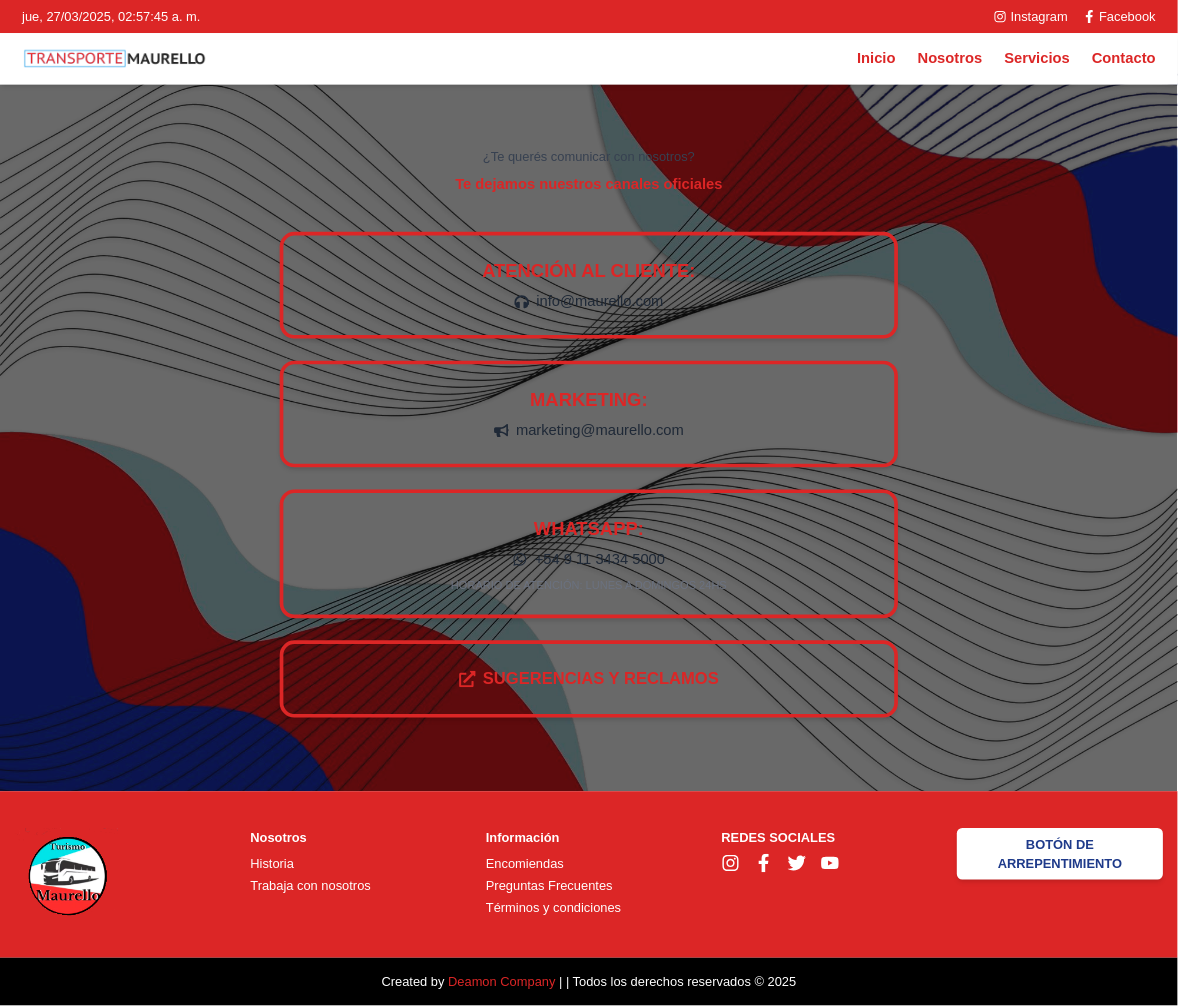
Repository: francoluca35/empresacolectivo
Page: /Contacto
These files come from the project's save history. The page is drawn as it stood at one moment and after the next save; the edit follows.
The browser window is 1280 px wide. The pictures show the whole page, at 92% of full size.
The project was rebuilt for these pictures with package versions that can differ from the ones it lists, and the page was loaded fresh each time. The framework's server and built-in components were replaced by stand-ins that run in the browser. Also part of the build but not shown: next.config.js, next.config.mjs.

Above is the page before, as saved 2025-03-27 03:06:45.

### src/app/layout.js
import { Inter } from "next/font/google";
import "./globals.css"

const inter = Inter({
  subsets: ["latin"],
  variable: "--font-inter",
});

export const metadata = {
  title: "Create Next App",
  description: "Generated by create next app",
};

export default function RootLayout({ children }) {
  return (
    <html lang="en">
      <body className={inter.variable}>
        {children}
      </body>
    </html>
  );
}

### src/app/Contacto/page.js
"use client";
import { FaHeadphones, FaBullhorn, FaWhatsapp, FaExternalLinkAlt } from "react-icons/fa";
import Navbar from "../Component/Navbar";
import Footer from "../Component/Footer";

export default function Contacto() {
  return (
    <>
    <Navbar />
    <section
  className="bg-white bg-cover bg-center bg-no-repeat mt-20 md:mt-20 py-20 px-6 text-center"
  style={{
    backgroundImage: "url('/Assets/fondo-contacto.png')", // con / delante porque está en /public
  }}
>



      <p className="text-gray-700 text-sm mb-2">¿Te querés comunicar con nosotros?</p>
      <h2 className="text-red-600 font-semibold mb-10">
        Te dejamos nuestros canales oficiales
      </h2>

      <div className="max-w-2xl mx-auto flex flex-col gap-6">
        {/* Atención al cliente */}
        <div className="border-4 border-red-600 rounded-2xl py-6 px-4 shadow-md hover:bg-white">
          <h3 className="text-xl text-red-600 font-bold mb-2">ATENCIÓN AL CLIENTE:</h3>
          <p className="text-gray-800 flex justify-center items-center gap-2">
            <FaHeadphones /> info@maurello.com
          </p>
        </div>

        {/* Marketing */}
        <div className="border-4 border-red-600 rounded-2xl py-6 px-4 shadow-md hover:bg-white">
          <h3 className="text-xl text-red-600 font-bold mb-2">MARKETING:</h3>
          <p className="text-gray-800 flex justify-center items-center gap-2">
            <FaBullhorn /> marketing@maurello.com
          </p>
        </div>

        {/* WhatsApp */}
        <div className="border-4 border-red-600 rounded-2xl py-6 px-4 shadow-md hover:bg-white">
          <h3 className="text-xl text-red-600 font-bold mb-2">WHATSAPP:</h3>
          <p className="text-gray-800 flex justify-center items-center gap-2 mb-2">
            <FaWhatsapp /> +54 9 11 3434 5000
          </p>
          <p className="text-xs text-gray-500">HORARIO DE ATENCIÓN: LUNES A DOMINGOS 24HS</p>
        </div>

        {/* Sugerencias y Reclamos */}
        <div className="border-4 border-red-600 rounded-2xl py-6 px-4 shadow-md cursor-pointer hover:bg-red-50 transition">
          <a
            href="#sugerencias"
            className="flex justify-center items-center gap-2 text-red-600 font-bold text-lg"
          >
            <FaExternalLinkAlt /> SUGERENCIAS Y RECLAMOS
          </a>
        </div>
      </div>
    </section>
    <Footer />
    </>
  );
}

### src/app/globals.css
@tailwind base;
@tailwind components;
@tailwind utilities;

@media (prefers-color-scheme: dark) {
  :root {
    --background: #4b4141;
    --foreground: #ededed;
  }
}

html,
body {
  max-width: 100vw;
  overflow-x: hidden;
}

body {
  color: var(--foreground);
  background: var(--background);
  font-family: Arial, Helvetica, sans-serif;
  -webkit-font-smoothing: antialiased;
  -moz-osx-font-smoothing: grayscale;
}

* {
  box-sizing: border-box;
  padding: 0;
  margin: 0;
}

a {
  color: inherit;
  text-decoration: none;
}

@media (prefers-color-scheme: dark) {
  html {
    color-scheme: dark;
  }
}

### src/app/Component/Navbar.js
"use client";
import Link from "next/link";
import Image from "next/image";
import { useState, useEffect } from "react";
import { useRouter } from "next/navigation";
import { FaBars, FaTimes, FaFacebookF, FaInstagram } from "react-icons/fa";

export default function Navbar() {
  const [isOpen, setIsOpen] = useState(false);
  const [time, setTime] = useState("");
  const router = useRouter(); // 👈 Hook para navegación

  const toggleMenu = () => {
    setIsOpen(!isOpen);
  };

  const goTo = (ruta) => {
    setIsOpen(false); // Cierra el menú móvil si está abierto
    router.push(ruta); // Navega a la ruta
  };

  useEffect(() => {
    const updateTime = () => {
      const now = new Date();
      const formatted = now.toLocaleString("es-AR", {
        weekday: "short",
        day: "2-digit",
        month: "2-digit",
        year: "numeric",
        hour: "2-digit",
        minute: "2-digit",
        second: "2-digit",
      });
      setTime(formatted);
    };

    updateTime();
    const interval = setInterval(updateTime, 1000);
    return () => clearInterval(interval);
  }, []);

  return (
    <div className="fixed top-0 left-0 w-full z-50">
      {/* Barra superior */}
      <div className="w-full bg-red-600 text-white text-sm py-2 px-6 flex flex-col md:flex-row md:justify-between md:items-center">
        <div className="text-center md:text-right font-medium">{time}</div>

        <div className="flex justify-center md:justify-start items-center space-x-4 mb-1 md:mb-0">
          <a
            href="https://www.instagram.com/tu_usuario"
            target="_blank"
            rel="noopener noreferrer"
            className="flex items-center space-x-1 hover:text-blue-400"
          >
            <FaInstagram className="text-white" />
            <span>Instagram</span>
          </a>
          <a
            href="https://www.facebook.com/tu_usuario"
            target="_blank"
            rel="noopener noreferrer"
            className="flex items-center space-x-1 hover:text-blue-400"
          >
            <FaFacebookF className="text-white" />
            <span>Facebook</span>
          </a>
        </div>
      </div>

      {/* Navbar principal */}
      <nav className="w-full bg-white text-white shadow-md">
        <div className="max-w-7xl mx-auto px-6 py-4 flex justify-between items-center">
          <img
            src="Assets/navbar.png"
            alt="Maurello S.A Logo"
            width={200}
            height={50}
            priority
          />

          {/* Navegación desktop */}
          <div className="hidden md:flex space-x-6 font-semibold">
            <button onClick={() => goTo("/")} className="hover:text-blue-400 transition text-red-600">Inicio</button>
            <button onClick={() => goTo("/About")} className="hover:text-blue-400 transition text-red-600">Nosotros</button>
            <button onClick={() => goTo("/Servicios")} className="hover:text-blue-400 transition text-red-600">Servicios</button>
            <button onClick={() => goTo("/Contacto")} className="hover:text-blue-400 transition text-red-600">Contacto</button>
          </div>

          {/* Botón hamburguesa */}
          <div className="md:hidden">
            <button onClick={toggleMenu} className="text-red-600">
              {isOpen ? <FaTimes className="h-6 w-6" /> : <FaBars className="h-6 w-6" />}
            </button>
          </div>
        </div>

        {/* Navegación móvil */}
        {isOpen && (
          <div className="md:hidden bg-white py-4 px-6">
            <div className="flex flex-col space-y-4">
              <button onClick={() => goTo("/")} className="hover:text-blue-400 transition text-red-600">Inicio</button>
              <button onClick={() => goTo("/About")} className="hover:text-blue-400 transition text-red-600">Nosotros</button>
              <button onClick={() => goTo("/Servicios")} className="hover:text-blue-400 transition text-red-600">Servicios</button>
              <button onClick={() => goTo("/Contacto")} className="hover:text-blue-400 transition text-red-600">Contacto</button>
            </div>
          </div>
        )}
      </nav>
    </div>
  );
}

### src/app/Component/Footer.js
import {
  FaInstagram,
  FaFacebookF,
  FaTwitter,
  FaYoutube,
} from "react-icons/fa";

export default function Footer() {
  return (
    <div>
      <footer className="bg-red-600 text-white py-10 px-4">
        <div className="max-w-7xl mx-auto grid grid-cols-1 md:grid-cols-5 gap-8 items-start text-sm">
          {/* Logo */}
          <div className="flex flex-col items-start">
            <img src="Assets/footer.png" alt="Logo" className="w-28" />
          </div>

          {/* Nosotros */}
          <div>
            <h4 className="font-bold mb-2">Nosotros</h4>
            <ul className="space-y-1">
              <li><a href="#" className="hover:underline">Historia</a></li>
              <li><a href="#" className="hover:underline">Trabaja con nosotros</a></li>
            </ul>
          </div>

          {/* Información */}
          <div>
            <h4 className="font-bold mb-2">Información</h4>
            <ul className="space-y-1">
              <li><a href="#" className="hover:underline">Encomiendas</a></li>
              <li><a href="#" className="hover:underline">Preguntas Frecuentes</a></li>
              <li><a href="#" className="hover:underline">Términos y condiciones</a></li>
            </ul>
          </div>

          {/* Redes Sociales */}
          <div>
            <h4 className="font-bold mb-2">REDES SOCIALES</h4>
            <div className="flex space-x-4 text-white text-xl">
              <a href="#"><FaInstagram /></a>
              <a href="#"><FaFacebookF /></a>
              <a href="#"><FaTwitter /></a>
              <a href="#"><FaYoutube /></a>
            </div>
          </div>

          {/* Botón de arrepentimiento */}
          <div className="flex justify-start md:justify-end">
            <button className="bg-white text-blue-900 px-4 py-2 rounded-md font-bold shadow-md text-sm">
              BOTÓN DE ARREPENTIMIENTO
            </button>
          </div>
        </div>
      </footer>

      {/* Derechos reservados */}
      <div className="text-center p-4 text-sm text-white bg-black">
      <span>Created by <a className="text-red-600 hover:text-[15px]" href="https://deamondd.com" target="_blank">Deamon Company</a></span> | | Todos los derechos reservados © 2025
      </div>
    </div>
  );
}

### tailwind.config.js
module.exports = {
  content: [
    "./src/app/**/*.{js,ts,jsx,tsx}",
    "./src/components/**/*.{js,ts,jsx,tsx}"
  ],
  theme: {
    extend: {},
  },
  plugins: [],
};

After the next save:
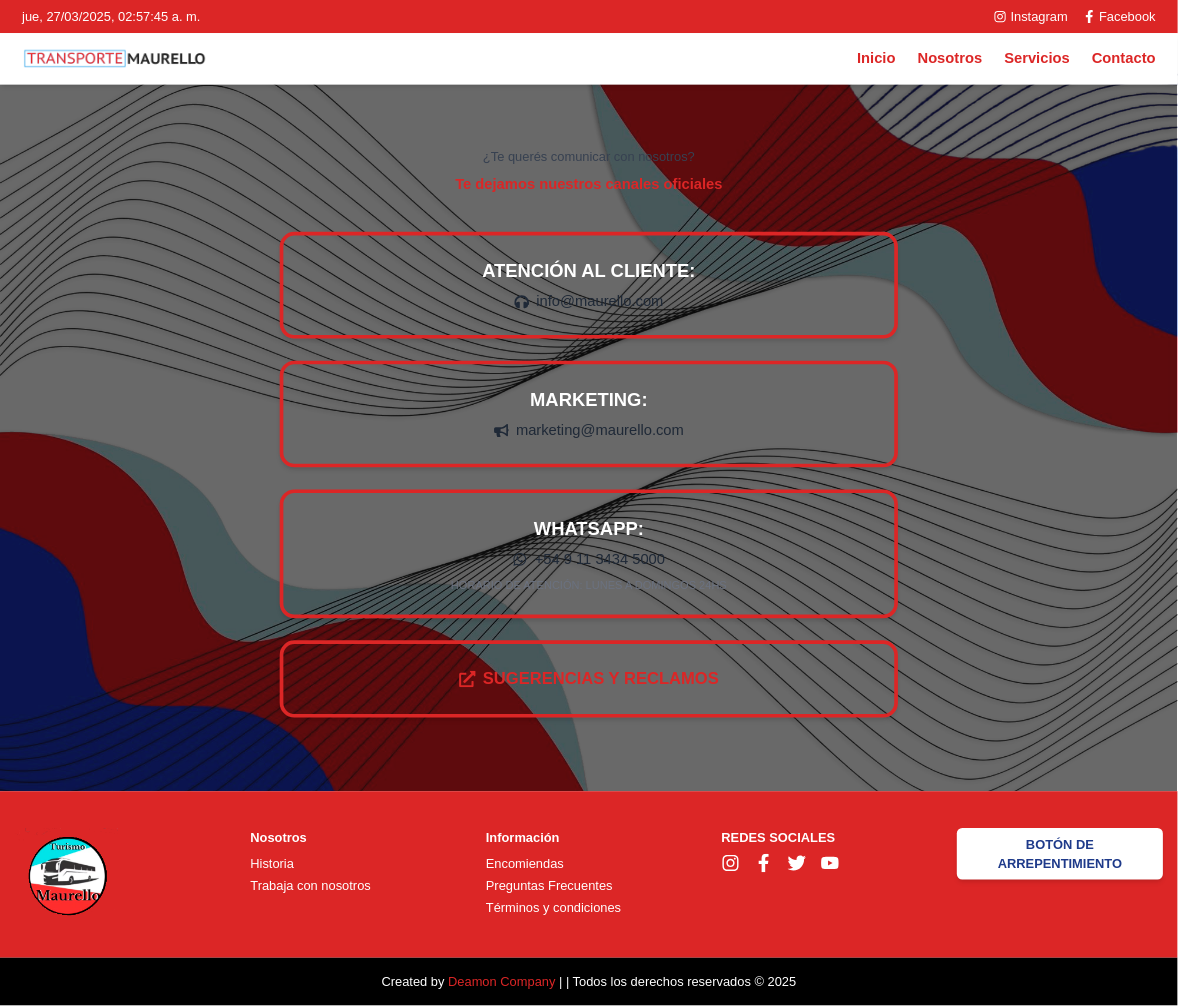
Saved 11 s later.
--- a/src/app/Contacto/page.js
+++ b/src/app/Contacto/page.js
@@ -24,7 +24,7 @@
       <div className="max-w-2xl mx-auto flex flex-col gap-6">
         {/* Atención al cliente */}
         <div className="border-4 border-red-600 rounded-2xl py-6 px-4 shadow-md hover:bg-white">
-          <h3 className="text-xl text-red-600 font-bold mb-2">ATENCIÓN AL CLIENTE:</h3>
+          <h3 className="text-xl text-white font-bold mb-2">ATENCIÓN AL CLIENTE:</h3>
           <p className="text-gray-800 flex justify-center items-center gap-2">
             <FaHeadphones /> info@maurello.com
           </p>
@@ -32,7 +32,7 @@
 
         {/* Marketing */}
         <div className="border-4 border-red-600 rounded-2xl py-6 px-4 shadow-md hover:bg-white">
-          <h3 className="text-xl text-red-600 font-bold mb-2">MARKETING:</h3>
+          <h3 className="text-xl text-white font-bold mb-2">MARKETING:</h3>
           <p className="text-gray-800 flex justify-center items-center gap-2">
             <FaBullhorn /> marketing@maurello.com
           </p>
@@ -40,7 +40,7 @@
 
         {/* WhatsApp */}
         <div className="border-4 border-red-600 rounded-2xl py-6 px-4 shadow-md hover:bg-white">
-          <h3 className="text-xl text-red-600 font-bold mb-2">WHATSAPP:</h3>
+          <h3 className="text-xl text-white font-bold mb-2">WHATSAPP:</h3>
           <p className="text-gray-800 flex justify-center items-center gap-2 mb-2">
             <FaWhatsapp /> +54 9 11 3434 5000
           </p>
